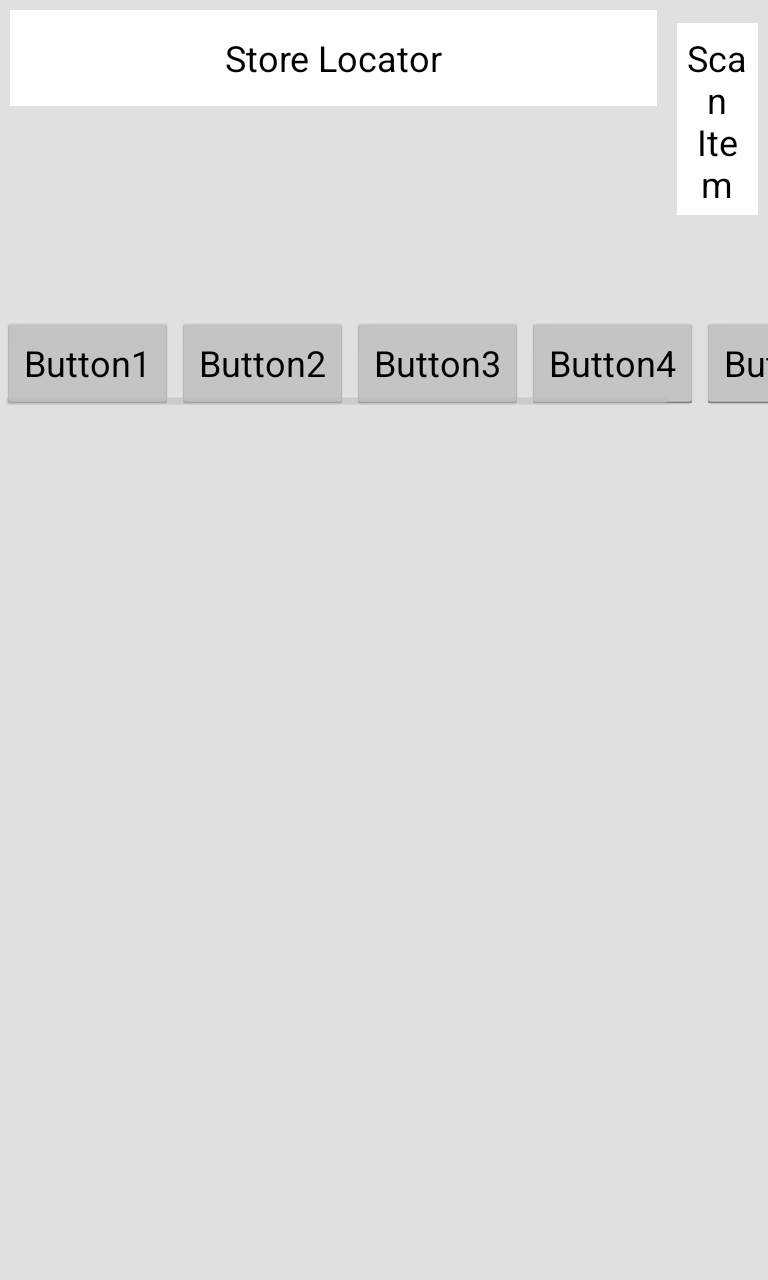
Repository: bvaardal/CTTC
Layout: eclipseAndroidADT2Workspace/HellowWorld/res/layout/activity_main.xml
These files come from the project's save history. The layout is drawn as it stood at one moment and after a run of saves; the edit follows.
It is drawn on a 768 x 1280 px phone screen (xhdpi) without system bars, with theme CustomActionBarTheme; the app's code is not run. Lists and similar views that code fills are empty. The app's manifest (not shown) leaves right-to-left support off. So textAlignment, textDirection and layoutDirection are ignored, and left and right values win over start and end ones.

Above is the layout before, as saved 2013-11-19 05:46:09.

After the next 2 saves:
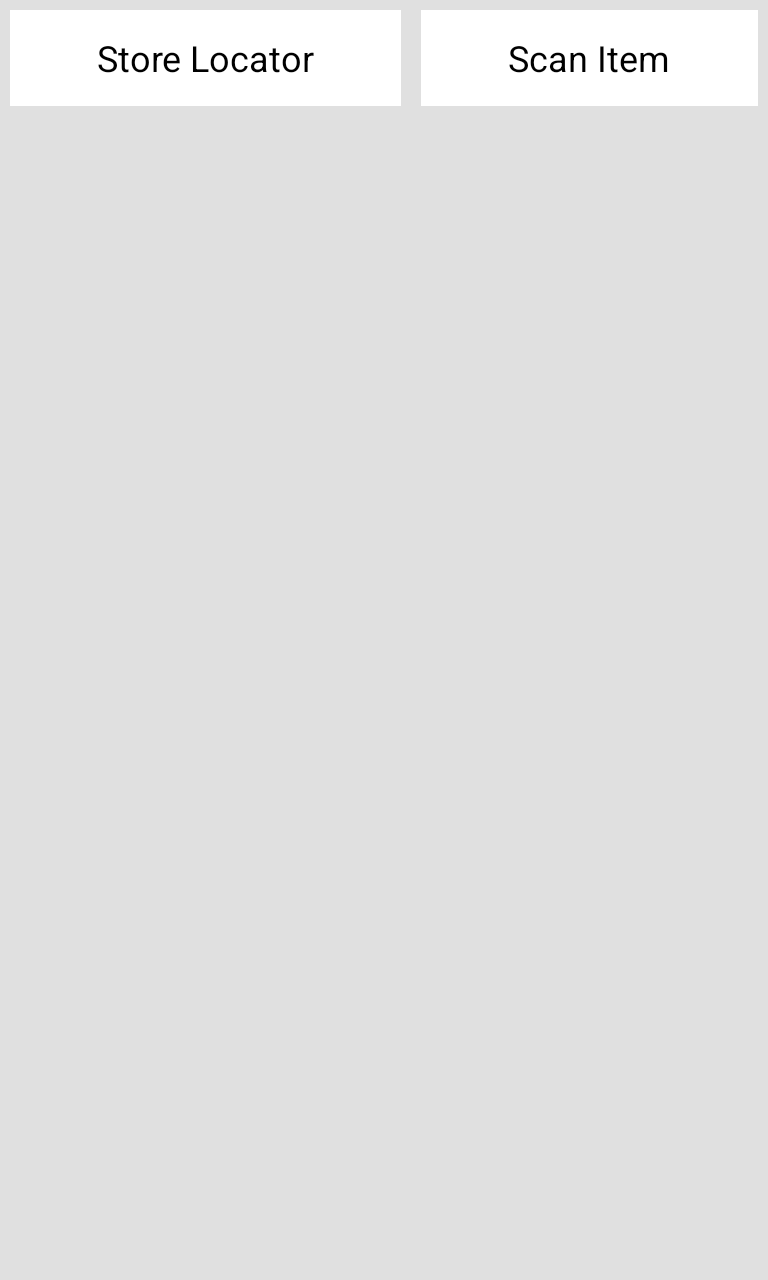
The 2 saves are shown as one change because 1 did not build or start.
The last was saved 2 min 3 s later.
--- a/eclipseAndroidADT2Workspace/HellowWorld/res/layout/activity_main.xml
+++ b/eclipseAndroidADT2Workspace/HellowWorld/res/layout/activity_main.xml
@@ -52,46 +52,7 @@
 
     </Button>
     </TableRow>
-    <TableRow
-        android:id="@+id/tableRow3"
-        android:layout_width="match_parent"
-        android:layout_height="wrap_content">
 
-        <HorizontalScrollView
-            android:layout_width="wrap_content"
-            android:layout_height="wrap_content"
-            android:layout_marginTop="50dp">
-            <LinearLayout
-                android:layout_width="wrap_content"
-                android:layout_height="wrap_content"
-                android:orientation="horizontal">
-                <Button
-                    android:layout_width="wrap_content"
-                    android:layout_height="wrap_content"
-                    android:text="Button1"/>
-
-                <Button
-                    android:layout_width="wrap_content"
-                    android:layout_height="wrap_content"
-                    android:text="Button2"/>
-                <Button
-                    android:layout_width="wrap_content"
-                    android:layout_height="wrap_content"
-                    android:text="Button3"/>
-                                <Button
-                    android:layout_width="wrap_content"
-                    android:layout_height="wrap_content"
-                    android:text="Button4"/>
-                                <Button
-                    android:layout_width="wrap_content"
-                    android:layout_height="wrap_content"
-                    android:text="Button5"/>
-
-                </LinearLayout>
-
-        </HorizontalScrollView>
-
-        </TableRow>
 
     <TableRow
         android:id="@+id/tableRow2"

After the 2 saves that followed:
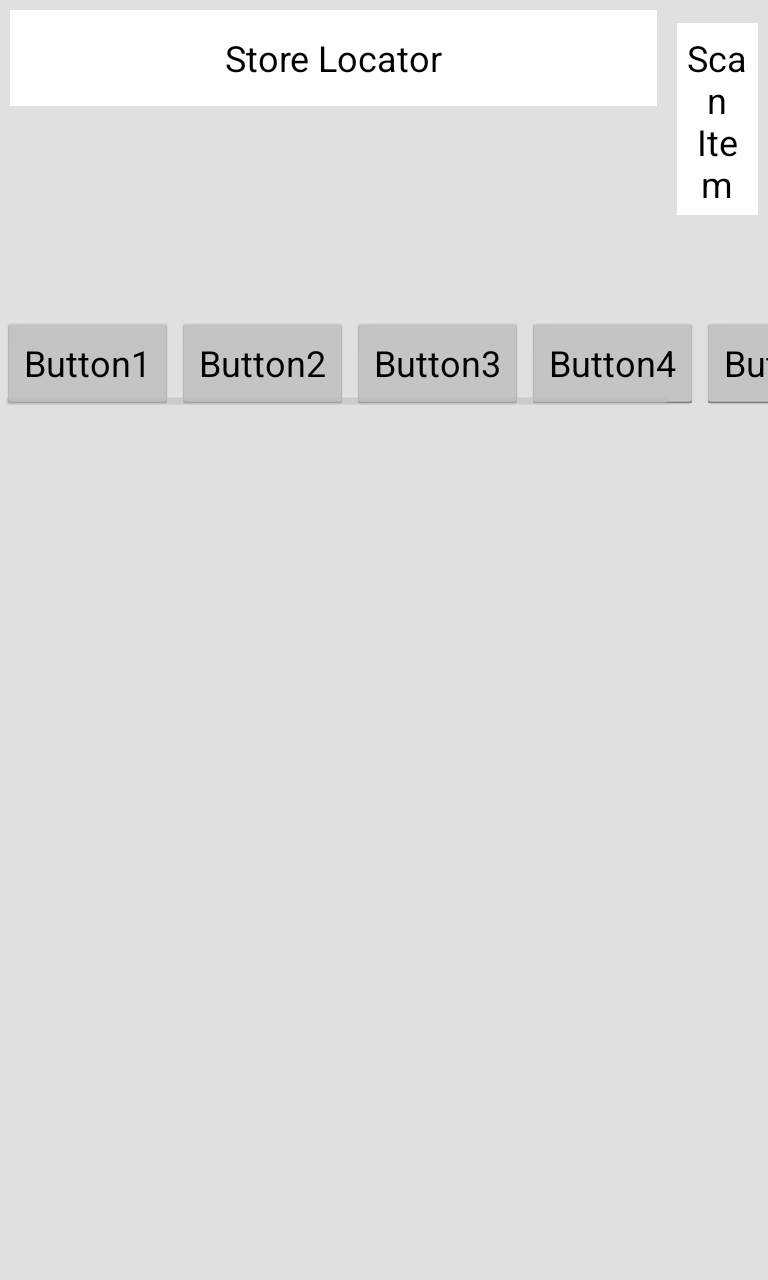
The 2 saves are shown as one change because 1 left the picture as it was.
The last was saved 2 min 21 s later.
--- a/eclipseAndroidADT2Workspace/HellowWorld/res/layout/activity_main.xml
+++ b/eclipseAndroidADT2Workspace/HellowWorld/res/layout/activity_main.xml
@@ -1,7 +1,7 @@
 <TableLayout xmlns:android="http://schemas.android.com/apk/res/android"
     xmlns:tools="http://schemas.android.com/tools"
     android:layout_width="match_parent"
-    android:layout_height="match_parent"
+    android:layout_height="fill_parent"
     android:background="#E0E0E0"
     tools:context=".MainActivity" >
 
@@ -53,6 +53,46 @@
     </Button>
     </TableRow>
 
+    <TableRow
+        android:id="@+id/tableRow3"
+        android:layout_width="match_parent"
+        android:layout_height="wrap_content">
+
+        <HorizontalScrollView
+            android:layout_width="wrap_content"
+            android:layout_height="wrap_content"
+            android:layout_marginTop="50dp">
+            <LinearLayout
+                android:layout_width="wrap_content"
+                android:layout_height="wrap_content"
+                android:orientation="horizontal">
+                <Button
+                    android:layout_width="wrap_content"
+                    android:layout_height="wrap_content"
+                    android:text="Button1"/>
+
+                <Button
+                    android:layout_width="wrap_content"
+                    android:layout_height="wrap_content"
+                    android:text="Button2"/>
+                <Button
+                    android:layout_width="wrap_content"
+                    android:layout_height="wrap_content"
+                    android:text="Button3"/>
+                                <Button
+                    android:layout_width="wrap_content"
+                    android:layout_height="wrap_content"
+                    android:text="Button4"/>
+                                <Button
+                    android:layout_width="wrap_content"
+                    android:layout_height="wrap_content"
+                    android:text="Button5"/>
+
+                </LinearLayout>
+
+        </HorizontalScrollView>
+
+        </TableRow>
 
     <TableRow
         android:id="@+id/tableRow2"
